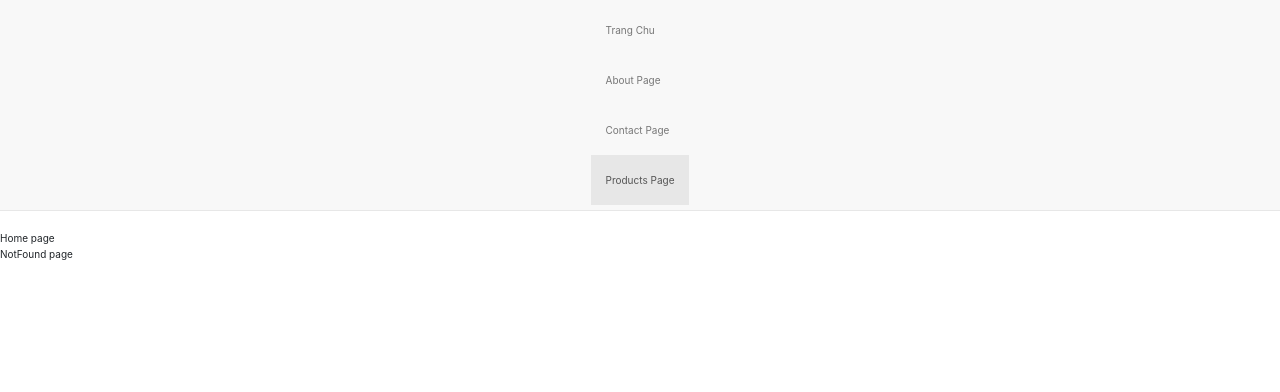
Repository: hntvip/react-route
Page: /products
These files come from the project's save history. The page is drawn as it stood at one moment and after a run of saves; the edit follows.
The browser window is 1280 px wide. The pictures show the whole page.
The project was rebuilt for these pictures with package versions that can differ from the ones it lists, and the page was loaded fresh each time. Also part of the build but not shown: src/components/About.js, src/components/Contact.js.

Above is the page before, as saved 2019-11-28 11:32:57.

After the next 2 saves:
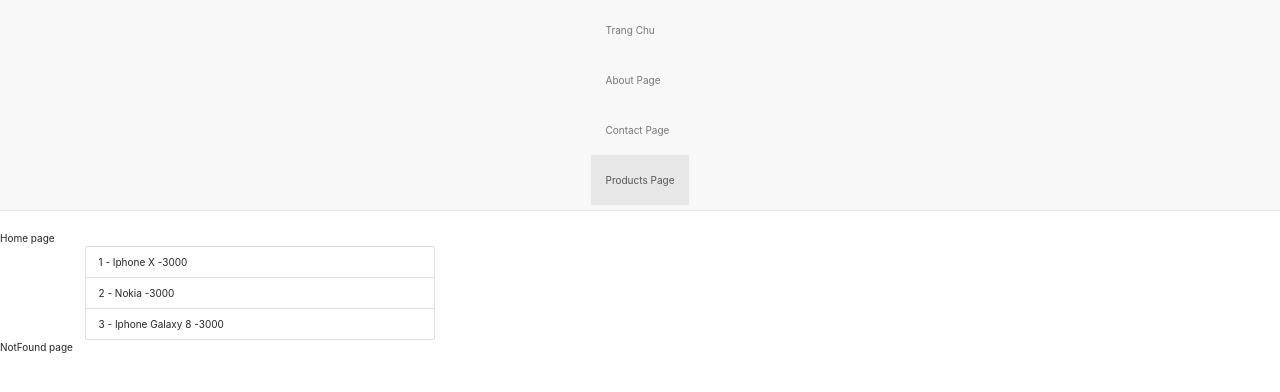
The 2 saves are shown as one change because they came seconds apart.
The last was saved 8 s later.
--- a/src/components/Products.js
+++ b/src/components/Products.js
@@ -21,6 +21,7 @@ class Products extends Component {
         price: 3000
       }
     ]
+
     var result = products.map( (product, index) =>{
       return (
         <li class="list-group-item" key={index}>
@@ -28,12 +29,13 @@ class Products extends Component {
         </li>
       )
     })
+
     return (
         <div className="container">
 
           <div class="row">
             <div class="col-xs-4 col-sm-4 col-md-4 col-lg-4">
-
+               {result}
             </div>
           </div>
 
